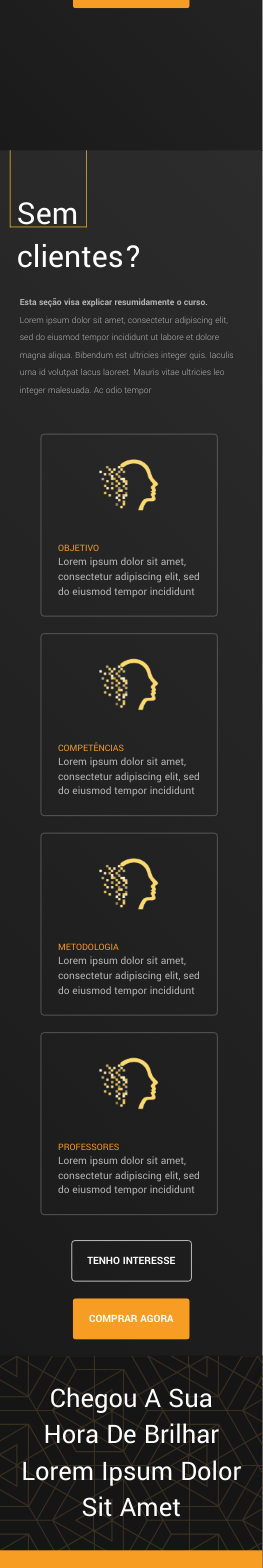
Repository: Rafael-Araujo-dev/Treinamento-Raccoon
Page: Projeto-2/index.html
The author's editor kept a copy of each file at every save. The page is drawn from the files as they stood at one save, then again after the next save.
The browser window is 375 px wide. The pictures show the part of the page from y = 584 to 2824 px (the page is 7382 px tall), at 70% of full size.
Backgrounds fixed to the window are drawn as part of the page.

Above is the page before, as saved 2021-09-23 16:52:05.

After the next save:
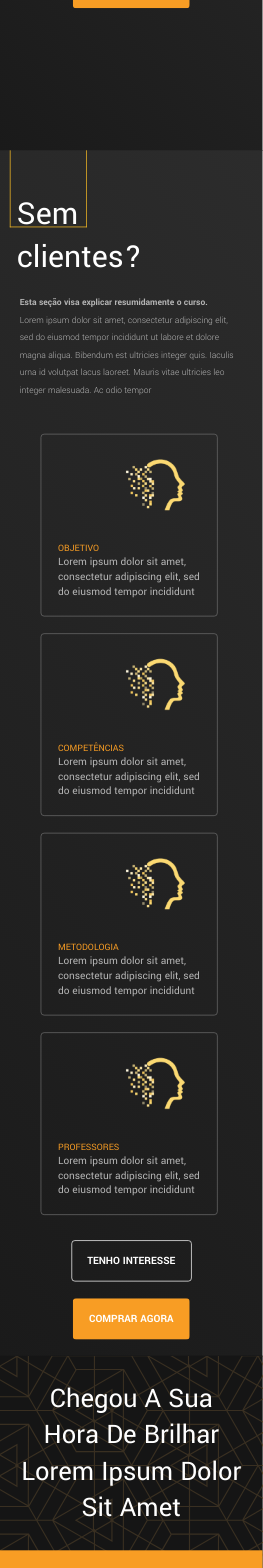
Saved 10 s later.
--- a/Projeto-2/css/style.css
+++ b/Projeto-2/css/style.css
@@ -735,7 +735,7 @@
 
 @media(max-width: 450px) {
     .course-summary .card-image {
-        width: 263px;
+        width: 23px;
     }
     .course-summary .card-container {
         margin-top: 50px;
